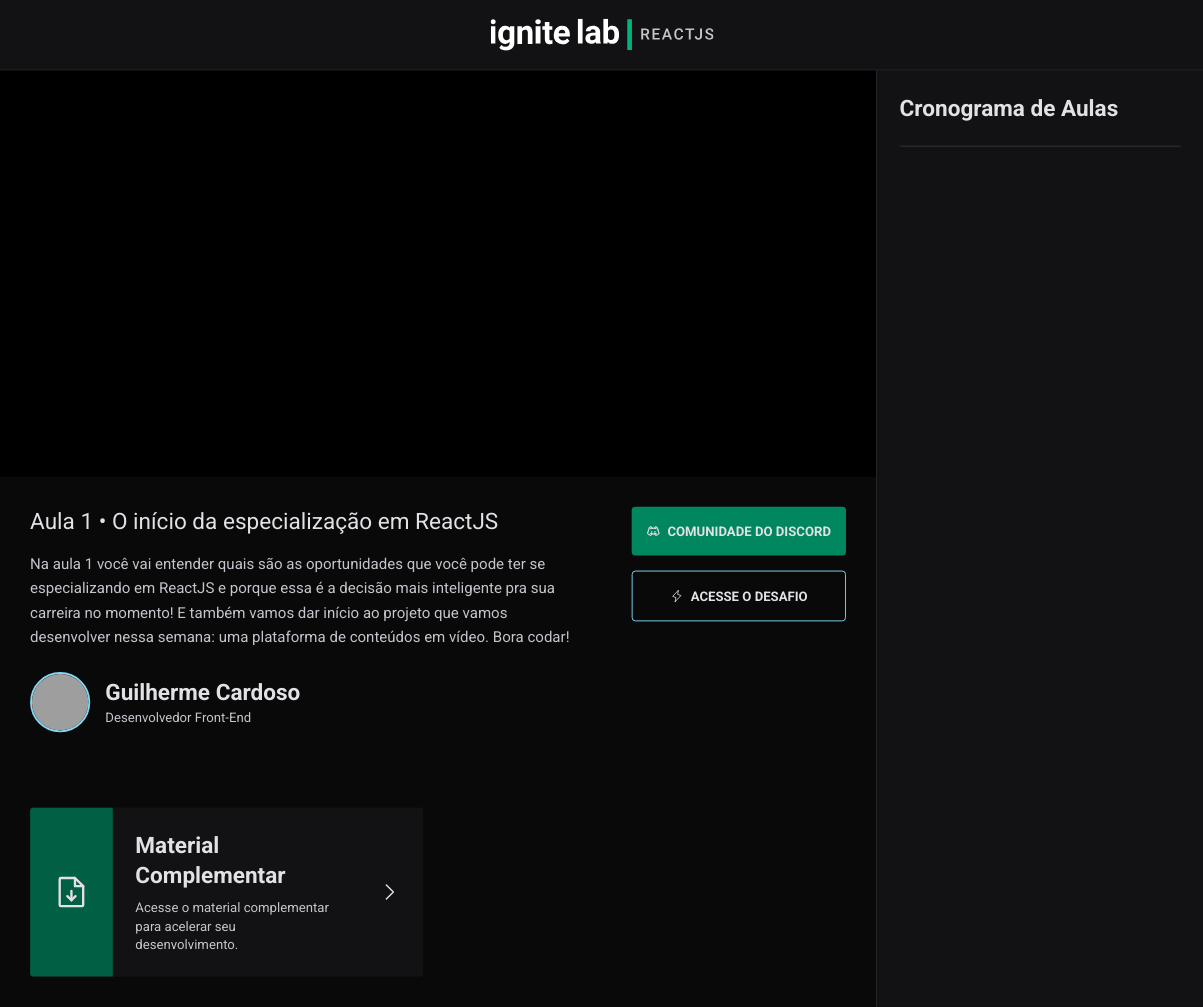
Repository: guilhermecardoso93/ignitelab
Page: /
An editor plug-in stored every save of this project. The page is shown before and after the next save, followed by the edit.
The browser window is 1280 px wide. The pictures show the whole page, at 94% of full size.
Pictures or frames that could not be fetched are drawn as grey boxes. The page's requests for data from a server got no answer. The project was rebuilt for these pictures with package versions that can differ from the ones it lists, and the page was loaded fresh each time. No one was signed in, and anything a server would have sent is missing. Also part of the build but not shown: vite.config.ts, src/components/Lesson/index.tsx.

Above is the page before, as saved 2022-06-23 20:51:22.

### index.html
<!DOCTYPE html>
<html lang="en">
  <head>
    <meta charset="UTF-8" />
    <link rel="icon" type="image/svg+xml" href="/src/favicon.svg" />
    <link rel="preconnect" href="https://fonts.googleapis.com" />
    <link rel="preconnect" href="https://fonts.gstatic.com" crossorigin />
    <link
      href="https://fonts.googleapis.com/css2?family=Roboto:wght@400;500;700&display=swap"
      rel="stylesheet"
    />
    <meta name="viewport" content="width=device-width, initial-scale=1.0" />
    <title>Ignite Lab</title>
  </head>
  <body>
    <div id="root"></div>
    <script type="module" src="/src/main.tsx"></script>
  </body>
</html>

### src/main.tsx
import { ApolloProvider } from "@apollo/client";
import React from "react";
import ReactDOM from "react-dom/client";
import { App } from "./App";
import { client } from "./lib/apollo";

import "./styles/global.css";

ReactDOM.createRoot(document.getElementById("root")!).render(
  <React.StrictMode>
    <ApolloProvider client={client}>
      <App />
    </ApolloProvider>
  </React.StrictMode>
);

### src/App.tsx
import { Event } from "./pages/Event";

export function App() {
  return (
    <div>
      <Event />
    </div>
  );
}

### src/lib/apollo.ts
import { ApolloClient, InMemoryCache } from "@apollo/client";

export const client = new ApolloClient({
  uri: "https://api-sa-east-1.graphcms.com/v2/cl4orc0220r0201xnfce43eoi/master",
  cache: new InMemoryCache()
});

### src/pages/Event.tsx
import { Header } from "../components/Header";
import { Sidebar } from "../components/Sidebar";
import { Video } from "../components/Video";

export function Event() {
  return (
    <div className="flex flex-col min-h-screen">
      <Header />
      <main className="flex flex-1">
        <Video />
        <Sidebar />
      </main>
    </div>
  );
}

### src/components/Header/index.tsx
import { Logo } from "../Logo";

export function Header() {
  return (
    <header className='w-full py-5 flex items-center justify-center bg-gray-700 border-b border-gray-600'>
      <Logo/>
    </header>
  );
}

### src/components/Sidebar/index.tsx
import { gql, useQuery } from "@apollo/client";
import { Lesson } from "../Lesson";

const GET_LESSONS_QUERY = gql`
  query {
    lessons(orderBy: availableAt_ASC, stage: PUBLISHED) {
      id
      lessonType
      availableAt
      title
      slug
    }
  }
`;

interface GetLessonsQueryResponse {
  lessons: {
    id: string;
    title: string;
    slug: string;
    availableAt: string;
    lessonType: "live" | "class";
  }[];
}

export function Sidebar() {
  const { data } = useQuery<GetLessonsQueryResponse>(GET_LESSONS_QUERY);

  return (
    <aside className="w-[348px] bg-gray-700 p-6 border-l border-gray-600">
      <span className="font-bold text-2xl pb-6 mb-6 border-b border-gray-500 block">
        Cronograma de Aulas
      </span>

      <div className="flex flex-col gap-8">
        { data?.lessons.map( lesson => {
          return (
            <Lesson
            key={lesson.id}
            title={lesson.title}
            slug={lesson.slug}
            availableAt={new Date(lesson.availableAt)}
            type={lesson.lessonType}
          />
          )
        })}
      </div>
    </aside>
  );
}

### src/components/Video/index.tsx
import {
  CaretRight,
  DiscordLogo,
  FileArrowDown,
  Lightning
} from "phosphor-react";

export function Video() {
  return (
    <div className="flex-1 ">
      <div className="bg-black flex justify-center">
        <div className="h-full w-full max-w-[1100px] max-h-[60vh] aspect-video"></div>
      </div>

      <div className="p-8 max-w-[1100px] mx-auto">
        <div className="flex items-start gap-16">
          <div className="flex-1">
            <h1 className="text-2xl fot-bold">
              Aula 1 • O início da especialização em ReactJS
            </h1>
            <p className="mt-4 text-gray-200 leading-relaxed">
              Na aula 1 você vai entender quais são as oportunidades que você
              pode ter se especializando em ReactJS e porque essa é a decisão
              mais inteligente pra sua carreira no momento! E também vamos dar
              início ao projeto que vamos desenvolver nessa semana: uma
              plataforma de conteúdos em vídeo. Bora codar!
            </p>
            <div className="flex items-center gap-4 mt-6">
              <img
                src="https://github.com/guilhermecardoso93.png"
                alt=""
                className="h-16 w-16 rounded-full border-2 border-blue-500"
              />
              <div className="leading-relaxed">
                <strong className="font-bold text-2xl block">
                  Guilherme Cardoso
                </strong>
                <span className="text-gray-200 text-sm block">
                  Desenvolvedor Front-End
                </span>
              </div>
            </div>
          </div>

          <div className="flex flex-col gap-4">
            <a
              href="http://"
              className="p-4 text-sm bg-green-500 flex items-center rounded font-bold uppercase gap-2 justify-center hover:bg-green-700 transition-colors"
            >
              <DiscordLogo />
              comunidade do discord
            </a>
            <a
              href="http://"
              className="p-4 text-sm border border-blue-500 flex items-center rounded font-bold uppercase gap-2 justify-center hover:bg-blue-500 hover:text-gray-900 transition-colors"
            >
              <Lightning />
              Acesse o desafio
            </a>
          </div>
        </div>

        <div className="gap-8 mt-20 grid grid-cols-2">
          <a
            href=""
            className="bg-gray-700 rounded overflow-hidden flex items-stretch gap-6 hover:bg-gray-600 transition-colors"
          >
            <div className="bg-green-700 h-full p-6 flex items-center">
              <FileArrowDown size={40} />
            </div>
            <div className="py-6 leading-relaxed">
              <strong className="text-2xl">Material Complementar</strong>
              <p className="text-sm text-gray-200 mt-2">
                Acesse o material complementar para acelerar seu
                desenvolvimento.
              </p>
            </div>
            <div className="h-full p-6 flex items-center">
              <CaretRight size={24} />
            </div>
          </a>
        </div>
      </div>
    </div>
  );
}

### src/components/Logo/index.tsx
export function Logo() {
  return (
    <svg
      xmlns="http://www.w3.org/2000/svg"
      width="237"
      height="34"
      fill="none"
      viewBox="0 0 237 34"
    >
      <path
        fill="#fff"
        d="M.002 3.112a2.49 2.49 0 01.165-.987c.12-.314.304-.595.535-.83A2.906 2.906 0 012.615.572c.698 0 1.374.257 1.912.723.23.24.412.524.536.837a2.701 2.701 0 010 1.979 2.568 2.568 0 01-.536.837 2.889 2.889 0 01-1.907.723 2.901 2.901 0 01-1.908-.723 2.458 2.458 0 01-.538-.84 2.645 2.645 0 01-.172-.996zm4.96 23.146H.273V7.862h4.689v18.397zM8.012 16.973c0-2.853.686-5.145 2.055-6.883a6.653 6.653 0 015.528-2.606 5.869 5.869 0 014.802 2.09l.2-1.751h4.538v17.95a7.891 7.891 0 01-1.12 4.246 7.243 7.243 0 01-3.147 2.752 11.155 11.155 0 01-4.742.94c-1.378 0-2.74-.279-4.008-.812a7.08 7.08 0 01-2.946-2.11l2.208-3.02a5.905 5.905 0 004.543 2.08 4.356 4.356 0 003.104-1.059 3.938 3.938 0 001.103-2.993v-.994a5.775 5.775 0 01-4.555 1.935 6.647 6.647 0 01-3.05-.652 6.615 6.615 0 01-2.408-1.967c-1.397-1.752-2.085-4.089-2.085-6.942v-.21h-.025l.005.006zm4.997.355a6.723 6.723 0 001.026 3.956 3.233 3.233 0 002.799 1.443c.651.045 1.3-.088 1.878-.39a3.52 3.52 0 001.396-1.305v-7.825a3.448 3.448 0 00-1.374-1.305 3.504 3.504 0 00-1.86-.39 3.28 3.28 0 00-1.61.365 3.22 3.22 0 00-1.219 1.103c-.688.975-1.036 2.418-1.036 4.348zM33.098 7.833l.158 2.196a6.527 6.527 0 012.371-1.927 6.38 6.38 0 012.971-.62c1.97 0 3.438.597 4.39 1.79.953 1.194 1.456 2.936 1.486 5.293v12.249h-4.962V14.683a3.367 3.367 0 00-.684-2.344 3.086 3.086 0 00-1.069-.598 3.008 3.008 0 00-1.211-.13 3.349 3.349 0 00-1.821.454c-.553.32-1.01.794-1.313 1.367v13.37H28.45V7.845l4.647-.012zM47.512 3.112a2.304 2.304 0 01.185-.988 2.42 2.42 0 01.59-.831A3.439 3.439 0 0150.404.57c.772 0 1.52.256 2.117.723.508.486.792 1.142.792 1.826 0 .683-.284 1.34-.792 1.826a3.417 3.417 0 01-2.11.723c-.77 0-1.517-.257-2.11-.723a2.47 2.47 0 01-.594-.839 2.342 2.342 0 01-.19-.994h-.005zm5.483 23.149h-5.18V7.86h5.18v18.4zM62.454 3.334v4.612h3.107v3.677h-3.107v9.382c-.05.53.091 1.063.395 1.495a1.824 1.824 0 001.473.45c.476.002.95-.035 1.421-.114v3.803a9.672 9.672 0 01-2.939.449c-3.398 0-5.128-1.775-5.19-5.32V11.644h-2.642V7.968h2.643V3.356h4.841v-.025l-.002.003zM76.487 27.08a9.277 9.277 0 01-6.759-2.55c-1.74-1.699-2.605-3.957-2.605-6.797v-.494a11.295 11.295 0 011.098-5.08 8.141 8.141 0 013.111-3.465 8.72 8.72 0 014.59-1.22c2.577 0 4.62.815 6.098 2.449 1.478 1.633 2.226 3.94 2.226 6.929v2.055h-12.01a4.665 4.665 0 001.473 2.971 4.487 4.487 0 003.111 1.111 5.426 5.426 0 004.548-2.115l2.476 2.781a7.506 7.506 0 01-3.07 2.507 9.81 9.81 0 01-4.287.916v.002zm-.594-15.514a3.127 3.127 0 00-2.428 1.012 5.405 5.405 0 00-1.188 2.912h7.006v-.405a3.749 3.749 0 00-.908-2.608 3.252 3.252 0 00-2.45-.908h-.03l-.002-.003zM97.771 26.259h-4.957V0h4.957V26.26zM112.209 26.259c-.227-.444-.392-.997-.496-1.659-1.196 1.333-2.751 2.002-4.666 2.002-1.811 0-3.314-.523-4.504-1.572-1.191-1.049-1.786-2.372-1.786-3.966 0-1.96.725-3.464 2.179-4.513 1.453-1.049 3.553-1.58 6.3-1.59h2.273v-1.06c0-.854-.22-1.54-.659-2.051-.44-.513-1.131-.77-2.078-.77-.832 0-1.486.2-1.957.6-.474.4-.708.945-.708 1.64h-4.941c0-1.07.331-2.062.992-2.973.662-.91 1.597-1.626 2.804-2.144 1.206-.518 2.564-.778 4.069-.778 2.28 0 4.089.573 5.429 1.718 1.34 1.145 2.009 2.756 2.009 4.83v8.017c.012 1.754.256 3.082.735 3.983v.29h-4.992l-.003-.004zm-4.086-3.435c.728 0 1.402-.163 2.016-.486.614-.326 1.071-.76 1.367-1.308v-3.181h-1.846c-2.472 0-3.79.854-3.948 2.564l-.017.291c0 .614.217 1.123.649 1.523.434.4 1.026.6 1.779.6v-.003zM136.58 17.183c0 2.963-.632 5.273-1.898 6.931-1.265 1.659-3.032 2.488-5.3 2.488-2.006 0-3.608-.77-4.805-2.308l-.222 1.967h-4.444V.001h4.94v9.418c1.14-1.332 2.638-2 4.496-2 2.256 0 4.025.828 5.308 2.487 1.283 1.658 1.923 3.992 1.923 7v.274l.002.003zm-4.94-.358c0-1.868-.296-3.233-.889-4.094-.592-.861-1.475-1.29-2.65-1.29-1.572 0-2.655.643-3.247 1.932v7.299c.604 1.298 1.697 1.95 3.282 1.95 1.584 0 2.643-.788 3.146-2.36.239-.752.358-1.897.358-3.437z"
      ></path>
      <path
        fill="#C4C4CC"
        d="M164.51 17.501h-2.283v4.53h-2.048v-11.78h4.143c1.36 0 2.408.306 3.149.915.74.61 1.108 1.493 1.108 2.648 0 .787-.19 1.449-.57 1.98-.38.532-.911.94-1.59 1.226l2.646 4.906v.106h-2.194l-2.364-4.531h.003zm-2.283-1.65h2.105c.691 0 1.229-.176 1.619-.524.39-.348.582-.824.582-1.429 0-.604-.18-1.12-.538-1.466-.358-.345-.893-.523-1.606-.533h-2.162V15.85zM179.066 16.773h-4.839v3.625h5.656v1.634h-7.704V10.25h7.648v1.65h-5.6v3.253h4.839v1.62zM189.803 19.29h-4.565l-.955 2.744h-2.127l4.452-11.783h1.836l4.459 11.783h-2.137l-.963-2.744zm-3.99-1.65h3.415l-1.707-4.89-1.708 4.89zM204.716 18.197c-.119 1.256-.583 2.238-1.392 2.941-.81.703-1.885 1.056-3.228 1.056-.938 0-1.764-.222-2.48-.668-.715-.445-1.266-1.079-1.656-1.898-.387-.82-.589-1.772-.607-2.858v-1.1c0-1.11.198-2.09.59-2.937.392-.846.96-1.5 1.695-1.96.736-.458 1.587-.688 2.554-.688 1.301 0 2.347.353 3.139 1.057.792.703 1.254 1.7 1.385 2.99h-2.039c-.096-.846-.343-1.458-.74-1.833-.397-.375-.977-.563-1.745-.563-.89 0-1.574.326-2.05.977-.479.652-.721 1.605-.733 2.863v1.044c0 1.273.227 2.245.683 2.917.457.668 1.123 1.004 2.004 1.004.805 0 1.409-.18 1.814-.543.405-.363.661-.962.77-1.804h2.038l-.002.003zM216.481 11.902h-3.674v10.132h-2.031V11.902h-3.642V10.25h9.347v1.65zM222.759 10.251h2.039v8.262c0 1.127-.353 2.023-1.057 2.687-.703.664-1.633.995-2.788.995-1.229 0-2.179-.311-2.848-.93-.669-.62-1.004-1.484-1.004-2.59h2.038c0 .627.156 1.096.467 1.412.31.316.76.474 1.347.474.55 0 .989-.183 1.315-.545.326-.366.489-.867.489-1.51V10.25h.002zM234.952 18.999c0-.518-.183-.918-.545-1.197-.363-.279-1.022-.563-1.972-.849-.95-.286-1.705-.604-2.265-.955-1.074-.674-1.612-1.555-1.612-2.638 0-.95.388-1.732 1.163-2.347.774-.614 1.779-.922 3.015-.922.819 0 1.55.15 2.194.454a3.597 3.597 0 011.513 1.29c.367.558.55 1.177.55 1.858h-2.038c0-.614-.193-1.095-.578-1.443-.385-.348-.938-.524-1.656-.524-.668 0-1.189.144-1.557.43-.37.286-.555.686-.555 1.197 0 .432.2.792.6 1.08.399.29 1.056.57 1.974.842.918.271 1.653.582 2.208.93.556.348.963.748 1.222 1.197.259.452.387.977.387 1.582 0 .982-.375 1.762-1.127 2.342-.753.58-1.775.87-3.063.87a5.755 5.755 0 01-2.352-.473c-.715-.316-1.27-.75-1.668-1.308-.397-.555-.594-1.204-.594-1.942h2.048c0 .669.222 1.187.664 1.555.441.367 1.075.55 1.902.55.713 0 1.246-.143 1.607-.432.357-.288.538-.671.538-1.145l-.003-.002z"
      ></path>
      <path fill="#00B37E" d="M150.271 33.146h-4.958V.57h4.958v32.576z"></path>
    </svg>
  );
}

### tailwind.config.js
/** @type {import('tailwindcss').Config} */
module.exports = {
  content: ["./src/**/*.tsx"],
  theme: {
    extend: {
      fontFamily: {
        sans: "Roboto, sans-serif"
      },
      colors: {
        green: {
          300: "#00B37E",
          500: "#00875F",
          700: "#015F43"
        },
        blue: {
          500: "#81D8F7"
        },
        orange: {
          500: "#FBA94C"
        },
        red: {
          500: "#F75A68"
        },
        gray: {
          100: "#E1E1E6",
          200: "#C4C4CC",
          300: "#8D8D99",
          500: "#323238",
          600: "#29292E",
          700: "#121214",
          900: "#09090A"
        }
      }
    }
  },
  plugins: []
};

Loaded but not shown: src/styles/global.css (common file)

After the next save:
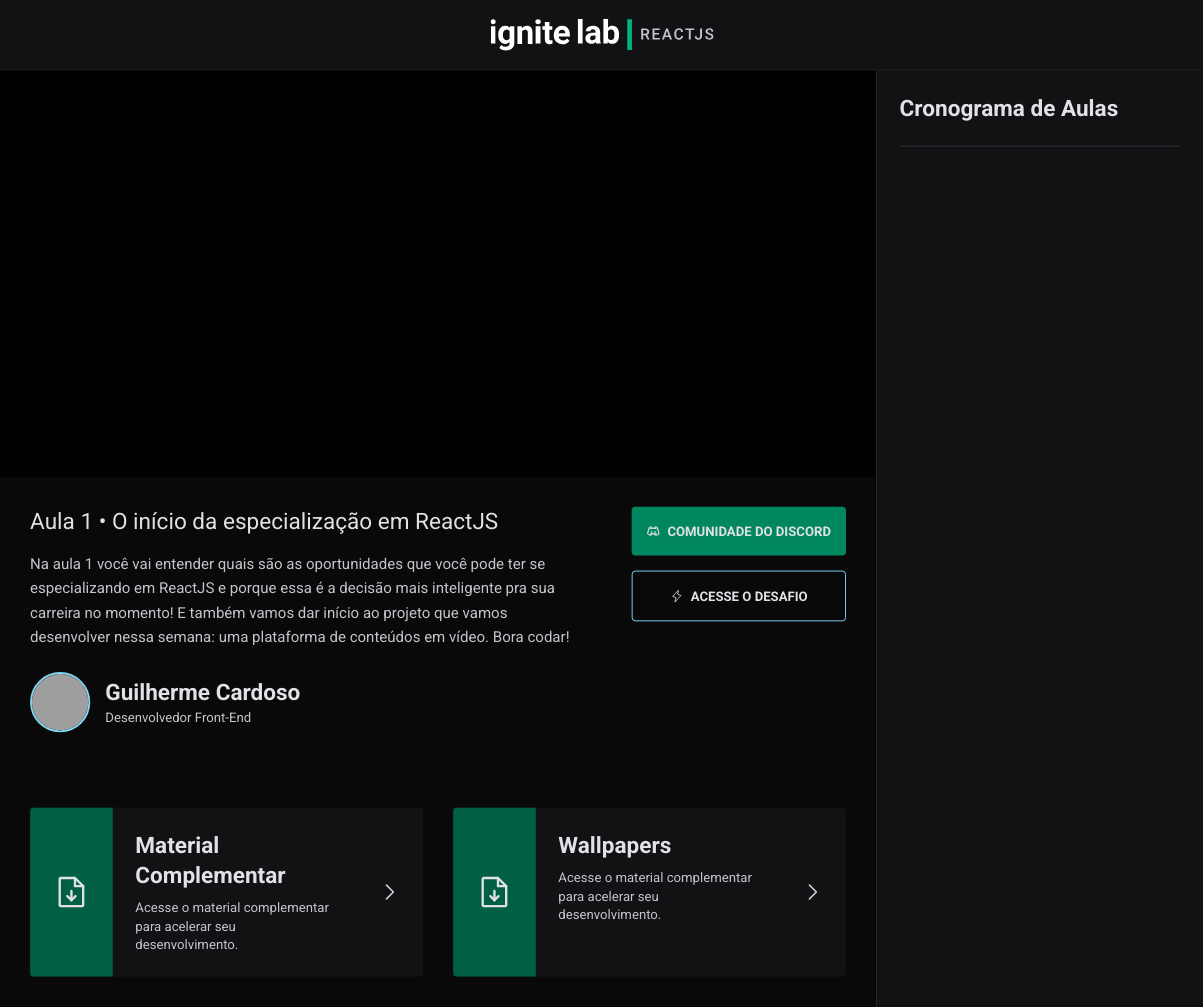
Saved 29 s later.
--- a/src/components/Video/index.tsx
+++ b/src/components/Video/index.tsx
@@ -79,6 +79,24 @@
               <CaretRight size={24} />
             </div>
           </a>
+          <a
+            href=""
+            className="bg-gray-700 rounded overflow-hidden flex items-stretch gap-6 hover:bg-gray-600 transition-colors"
+          >
+            <div className="bg-green-700 h-full p-6 flex items-center">
+              <FileArrowDown size={40} />
+            </div>
+            <div className="py-6 leading-relaxed">
+              <strong className="text-2xl">Wallpapers</strong>
+              <p className="text-sm text-gray-200 mt-2">
+                Acesse o material complementar para acelerar seu
+                desenvolvimento.
+              </p>
+            </div>
+            <div className="h-full p-6 flex items-center">
+              <CaretRight size={24} />
+            </div>
+          </a>
         </div>
       </div>
     </div>
